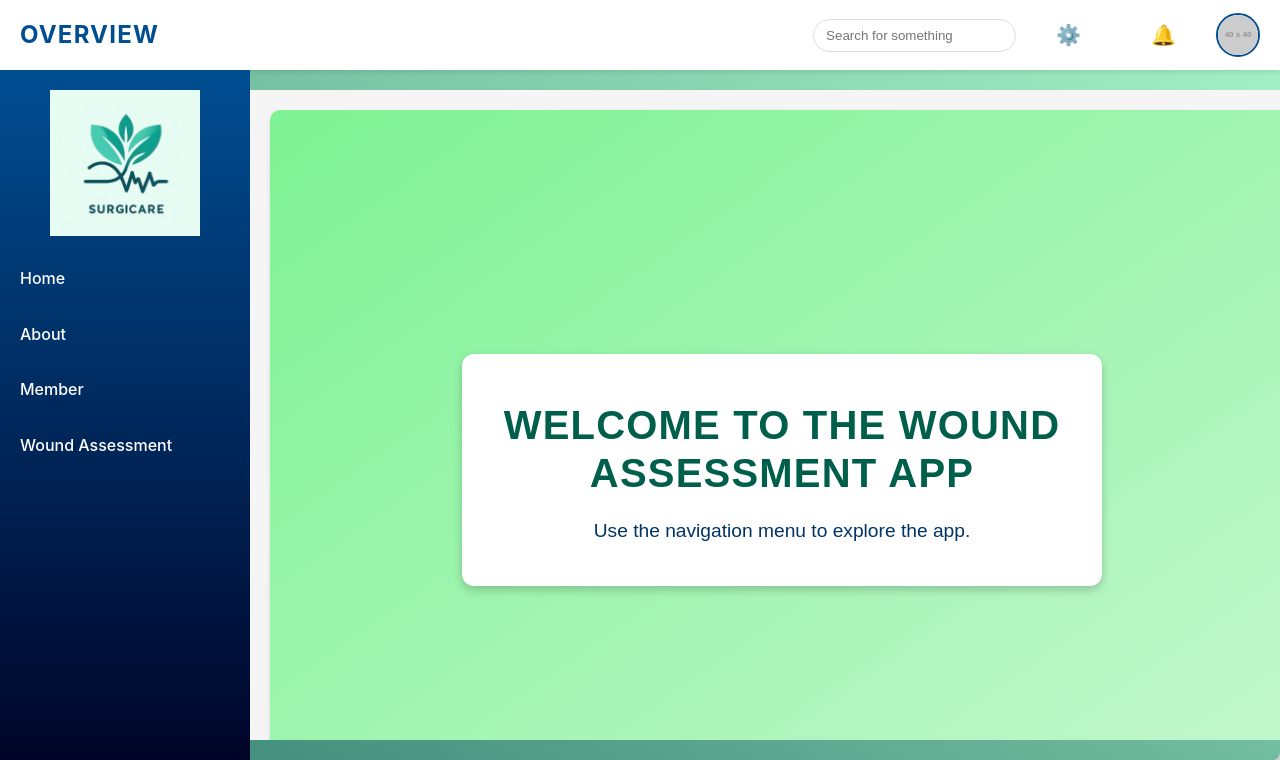
Repository: Jinwoo290350/Surgicare-Vue
Page: / (app in surgicare/)
These files come from the project's save history. The page is drawn as it stood at one moment and after the next save; the edit follows.
The browser window is 1280 px wide. The pictures show the whole page.
The project was rebuilt for these pictures with package versions that can differ from the ones it lists, and the page was loaded fresh each time. Also part of the build but not shown: surgicare/vite.config.js, surgicare/src/views/About.vue, surgicare/src/views/Member.vue, surgicare/src/components/WoundAssessment.vue.

Above is the page before, as saved 2024-12-30 20:46:40.
Console error: TypeError: Cannot read properties of null (reading 'getContext')

After the next save:
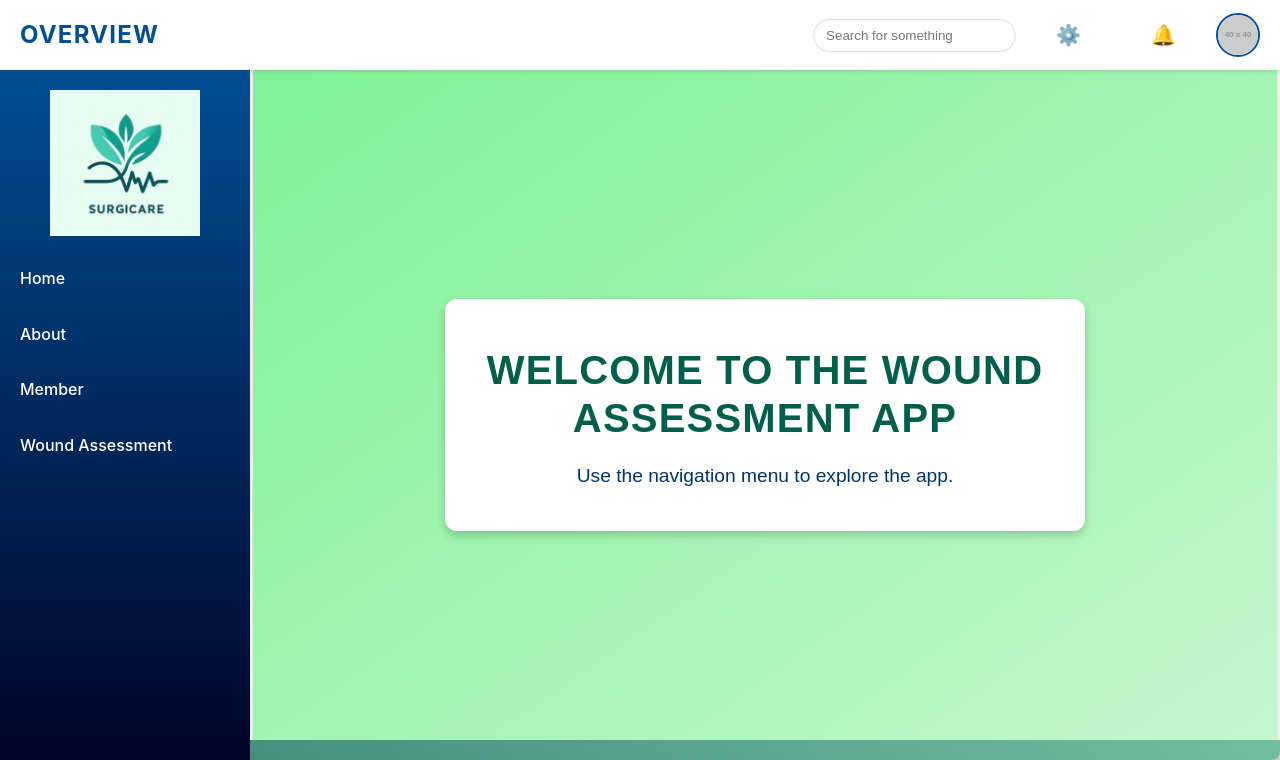
Saved 2 min 10 s later.
--- a/surgicare/src/style.css
+++ b/surgicare/src/style.css
@@ -29,11 +29,10 @@ body {
   min-width: 320px;
   min-height: 100vh;
   padding: 20px;
-  background-color: #1e3c34;
-  background-image: linear-gradient(to top right, #3a8476, #a8f5c8);
-  background-repeat: no-repeat;
+  background: linear-gradient(to top right, #3a8476, #a8f5c8);
   border-radius: 8px;
   box-shadow: 0 8px 16px rgba(0, 0, 0, 0.4);
+  overflow: hidden;
 }
 
 h1 {
@@ -43,10 +42,11 @@ h1 {
   text-transform: uppercase;
   letter-spacing: 1.2px;
   margin-bottom: 1em;
-  transition: transform 0.3s ease-in-out;
+  transition: transform 0.3s ease-in-out, color 0.3s ease-in-out;
 }
 h1:hover {
   transform: scale(1.1); /* เพิ่มเอฟเฟกต์ Hover */
+  color: #50c4b7; /* เปลี่ยนสีข้อความเมื่อ hover */
 }
 
 button {
@@ -88,6 +88,9 @@ button:focus-visible {
   margin: 0;
   padding: 0;
   overflow: hidden;
+  display: flex;
+  align-items: center;
+  justify-content: center;
 }
 
 /* Media Queries for Responsiveness */
